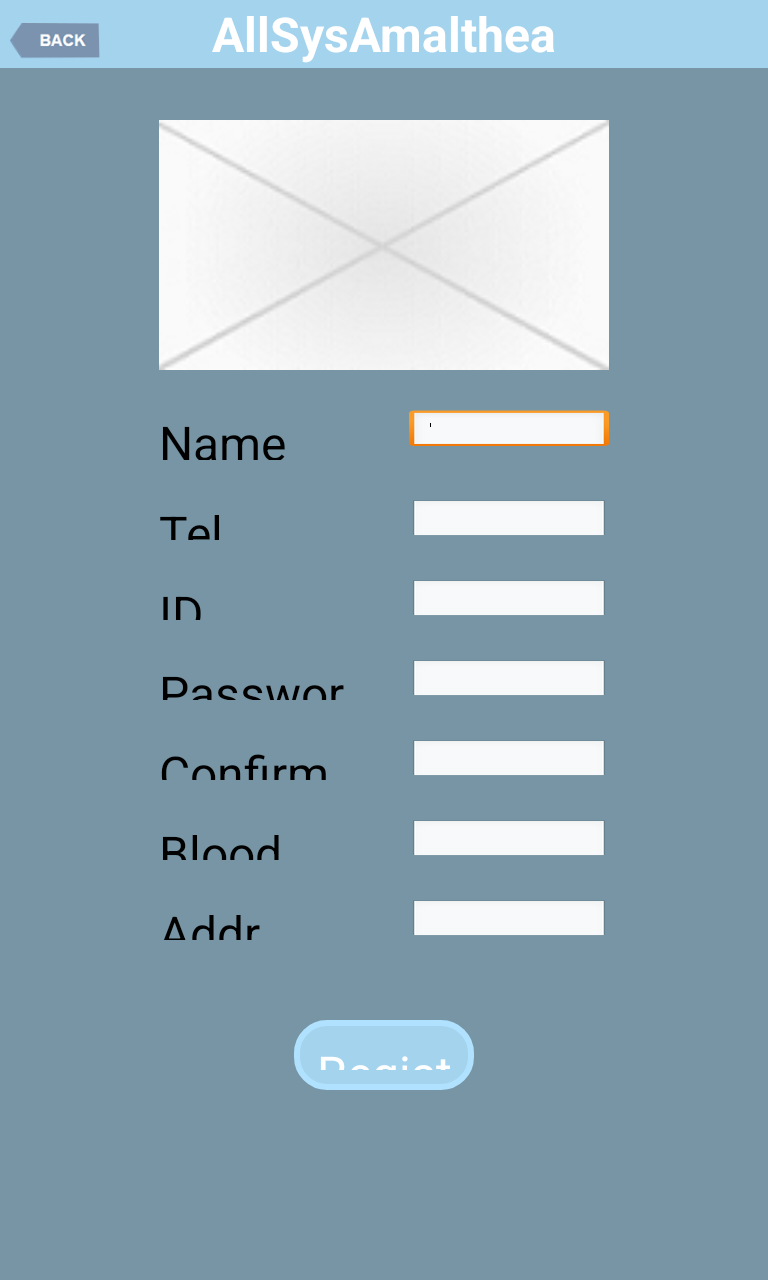
Repository: AllSysAmalthea/AllSys
Layout: APP/AppUI code/代码/Allsys/res/layout/activity_register.xml
These files come from the project's save history. The layout is drawn as it stood at one moment and after the next save; the edit follows.
It is drawn on a 768 x 1280 px phone screen (xhdpi) without system bars, with theme android:Theme.NoTitleBar; the app's code is not run.

Above is the layout before, as saved 2015-06-08 02:41:54.

### APP/AppUI code/代码/Allsys/res/layout/activity_register.xml
<RelativeLayout xmlns:android="http://schemas.android.com/apk/res/android"
    xmlns:tools="http://schemas.android.com/tools"
    android:layout_width="match_parent"
    android:layout_height="wrap_content"
    android:layout_gravity="center_horizontal"
    android:background="@drawable/back"
    android:gravity="top"
    tools:context=".LogInActivity" >

    <AbsoluteLayout
        android:id="@+id/linearLayout1"
        android:layout_width="fill_parent"
        android:layout_height="wrap_content"
        android:orientation="horizontal" >

        <TextView
            android:id="@+id/header_text"
            android:layout_width="fill_parent"
            android:layout_height="68px"
            android:layout_x="0px"
        	android:layout_y="0px"
            android:gravity="center"
            android:singleLine="true"
            android:text="AllSysAmalthea"
            android:background="#A4D3EE"
            android:textColor="#ffffff"
            android:textSize="24sp"
            android:textStyle="bold" />

        <ImageButton
            android:id="@+id/header_left_btn"
            android:layout_width="90px"
            android:layout_height="60px"
            android:layout_x="5dp"
            android:layout_y="4dp"
            android:background="@drawable/pic2" />

    </AbsoluteLayout>

     <TextView
         android:id="@+id/textview1"
         android:layout_width="200px"
         android:layout_height="50px"
         android:layout_alignLeft="@+id/myImageView1"
         android:layout_below="@+id/myImageView1"
         android:layout_marginTop="20dp"
         android:textColor="#000000"
         android:textSize="24sp"
         android:text="Name" />

     <EditText
         android:id="@+id/Name"
         android:layout_width="200px"
         android:layout_height="40px"
         android:layout_alignRight="@+id/myImageView1"
         android:layout_alignTop="@+id/textview1"
         android:ems="10"
         android:textSize="24sp"
         android:inputType="textPersonName" >

         <requestFocus />
     </EditText>

     <EditText
         android:id="@+id/Tel"
         android:layout_width="200px"
         android:layout_height="40px"
         android:layout_alignLeft="@+id/Name"
         android:layout_alignTop="@+id/textView2"
         android:ems="10"
         android:textSize="24sp"/>

     <TextView
         android:id="@+id/textView3"
         android:layout_width="200px"
         android:layout_height="40px"
         android:layout_alignLeft="@+id/textView2"
         android:layout_below="@+id/textView2"
         android:layout_marginTop="20dp"
         android:text="ID"
         android:textColor="#000000"
         android:textSize="24sp"/>

     <EditText
         android:id="@+id/ID"
         android:layout_width="200px"
         android:layout_height="40px"
         android:layout_alignLeft="@+id/Tel"
         android:layout_alignTop="@+id/textView3"
         android:ems="10"
         android:textSize="24sp" />

     <TextView
         android:id="@+id/textView4"
         android:layout_width="200px"
         android:layout_height="40px"
         android:layout_alignLeft="@+id/textView3"
         android:layout_below="@+id/textView3"
         android:layout_marginTop="20dp"
         android:text="Password"
         android:textColor="#000000"
         android:textSize="24sp" />

     <EditText
         android:id="@+id/Password"
         android:layout_width="200px"
         android:layout_height="40px"
         android:layout_alignLeft="@+id/ID"
         android:layout_alignTop="@+id/textView4"
         android:ems="10"
         android:inputType="textPassword" />

     <TextView
         android:id="@+id/textView5"
         android:layout_width="200px"
         android:layout_height="40px"
         android:layout_alignLeft="@+id/textView4"
         android:layout_below="@+id/textView4"
         android:layout_marginTop="20dp"
         android:text="Confirm"
         android:textColor="#000000"
         android:textSize="24sp" />

     <EditText
         android:id="@+id/Confirm"
         android:layout_width="200px"
         android:layout_height="40px"
         android:layout_alignLeft="@+id/Password"
         android:layout_alignTop="@+id/textView5"
         android:ems="10"
         android:inputType="textPassword" />

     <TextView
         android:id="@+id/textView6"
         android:layout_width="200px"
         android:layout_height="40px"
         android:layout_alignLeft="@+id/textView5"
         android:layout_below="@+id/textView5"
         android:layout_marginTop="20dp"
         android:text="Blood"
         android:textColor="#000000"
         android:textSize="24sp" />

     <EditText
         android:id="@+id/Blood"
         android:layout_width="200px"
         android:layout_height="40px"
         android:layout_alignLeft="@+id/Confirm"
         android:layout_alignTop="@+id/textView6"
         android:ems="10" />

     <TextView
         android:id="@+id/textView7"
         android:layout_width="200px"
         android:layout_height="40px"
         android:layout_alignLeft="@+id/textView6"
         android:layout_below="@+id/textView6"
         android:layout_marginTop="20dp"
         android:text="Addr"
         android:textColor="#000000"
         android:textSize="24sp" />

     <EditText
         android:id="@+id/Addr"
         android:layout_width="200px"
         android:layout_height="40px"
         android:layout_alignLeft="@+id/Blood"
         android:layout_alignTop="@+id/textView7"
         android:ems="10" />

	<Button
	    android:id="@+id/Register"
	    android:layout_width="180px"
	    android:layout_height="70px"
	    android:layout_below="@+id/textView7"
	    android:layout_centerHorizontal="true"
	    android:layout_marginTop="40dp"
	    android:background="@drawable/shape3"
	    android:text="Register"
	    android:textColor="#ffffff"
	    android:textSize="24sp" />

	<ImageView
	    android:id="@+id/myImageView1"
	    android:layout_width="450px"
	    android:layout_height="250px"
	    android:layout_below="@+id/linearLayout1"
	    android:layout_centerHorizontal="true"
	    android:layout_marginTop="26dp"
	    android:background="@drawable/news2" />

	<TextView
	    android:id="@+id/textView2"
	    android:layout_width="200px"
	    android:layout_height="40px"
	    android:layout_alignLeft="@+id/textview1"
	    android:layout_below="@+id/textview1"
	    android:layout_marginTop="20dp"
	    android:text="Tel"
	    android:textColor="#000000"
	    android:textSize="24sp" />

</RelativeLayout>

### APP/AppUI code/代码/Allsys/res/drawable-mdpi/shape3.xml
<?xml version="1.0" encoding="utf-8"?>
<shape xmlns:android="http://schemas.android.com/apk/res/android"
    android:shape="rectangle" >

    <!-- 填充的颜色：这里设置背景透明 -->
    <solid android:color="#A4D3EE" />
    <!-- 边框的颜色 ：不能和窗口背景色一样-->
    <stroke
        android:width="3dp"
        android:color="#B0E2FF" />
    <!-- 设置按钮的四个角为弧形 -->
    <!-- android:radius 弧形的半径 -->
    <corners android:radius="15dip" />

    <!-- padding：Button里面的文字与Button边界的间隔 -->
    <padding
        android:bottom="10dp"
        android:left="10dp"
        android:right="10dp"
        android:top="10dp" />

</shape>

After the next save:
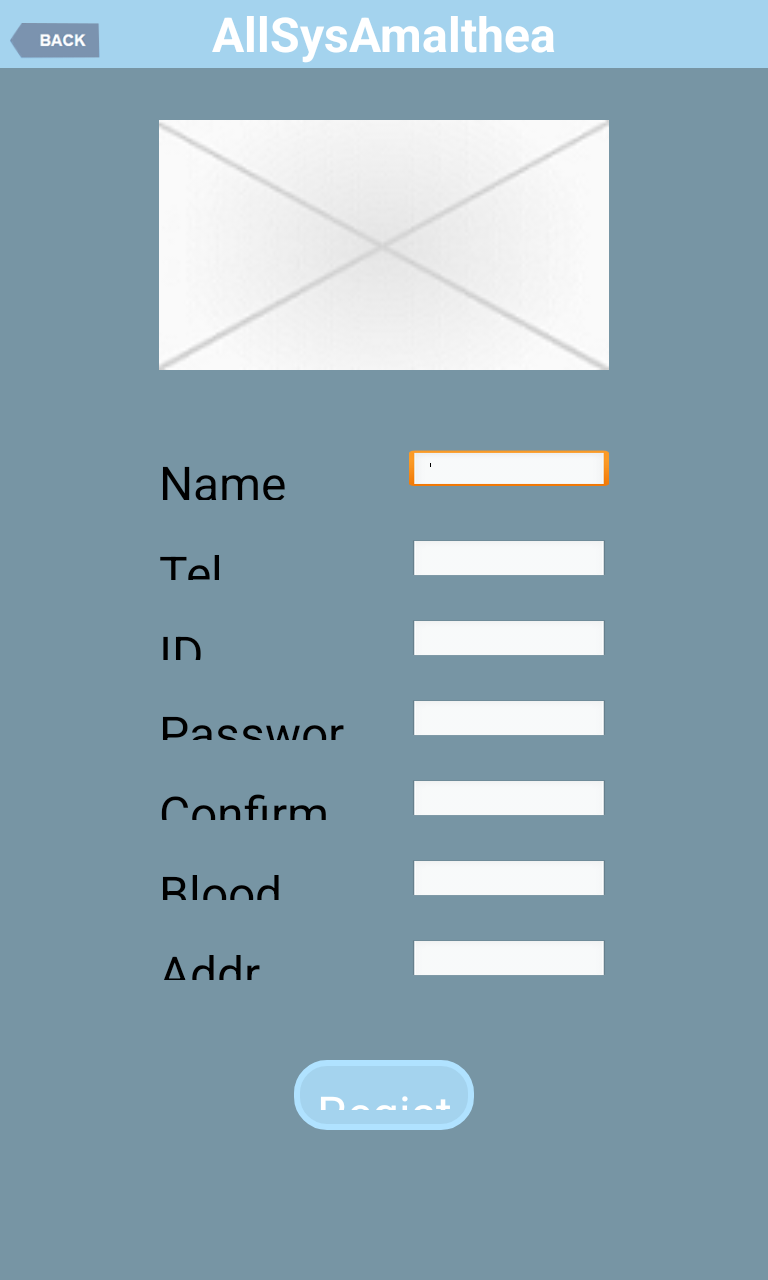
Saved 12 s later.
--- a/APP/AppUI code/代码/Allsys/res/layout/activity_register.xml
+++ b/APP/AppUI code/代码/Allsys/res/layout/activity_register.xml
@@ -43,7 +43,7 @@
          android:layout_height="50px"
          android:layout_alignLeft="@+id/myImageView1"
          android:layout_below="@+id/myImageView1"
-         android:layout_marginTop="20dp"
+         android:layout_marginTop="40dp"
          android:textColor="#000000"
          android:textSize="24sp"
          android:text="Name" />
